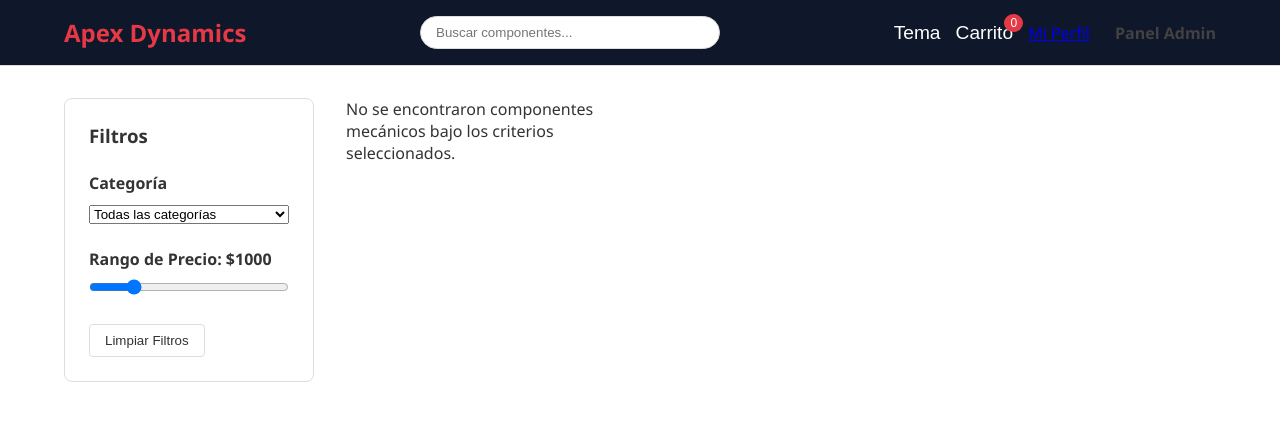
Repository: Niwrad774/Apex-Dynamics-Ecomerce
Page: html/cliente.html
The author's editor kept a copy of each file at every save. The page is drawn from the files as they stood at one save, then again after a run of saves.
The browser window is 1280 px wide. The pictures show the whole page.
The page's requests for data from a server got no answer.

Above is the page before, as saved 2026-06-11 10:24:56.

### html/cliente.html
<!DOCTYPE html>
<html lang="es">
<head>
    <meta charset="UTF-8">
    <meta name="viewport" content="width=device-width, initial-scale=1.0">
    <title>Catálogo | Apex Dynamics</title>
    <link rel="stylesheet" href="/assets/css/cliente.css">
</head>
<body>
    <header class="navbar">
        <div class="logo"><a href="index.html" style="color: inherit; text-decoration: none;">Apex Dynamics</a></div>
        <div class="search-bar">
            <input type="text" id="search-input" placeholder="Buscar componentes...">
        </div>
        <nav class="nav-actions">
            <button id="theme-toggle" class="btn-icon">Tema</button>
            <button id="cart-toggle" class="btn-icon"><span id="cart-count">0</span>Carrito</button>
            <a href="#perfil" class="profile-link">Mi Perfil</a>
            <a href="admin.html" class="admin-link" style="margin-left: 10px; color: #444141; font-weight: bold; text-decoration: none;">Panel Admin</a>
        </nav>
    </header>

    <main class="catalog-layout">
        <aside class="filters-sidebar">
            <h3>Filtros</h3>
            <div class="filter-group">
                <label for="category-select">Categoría</label>
                <select id="category-select">
                    <option value="all">Todas las categorías</option>
                    <option value="suspension">Suspensión y Dirección</option>
                    <option value="frenos">Frenos</option>
                    <option value="motor">Motor y Rendimiento</option>
                    <option value="telemetria">Electrónica y Telemetría</option>
                </select>
            </div>
            <div class="filter-group">
                <label for="price-range">Rango de Precio: $<span id="price-value">1000</span></label>
                <input type="range" id="price-range" min="0" max="5000" step="50" value="1000">
            </div>
            <button id="clear-filters" class="btn-secondary">Limpiar Filtros</button>
        </aside>

        <section class="products-container" id="products-grid">
            <article class="product-card" data-category="frenos" data-price="850">
                <div class="product-img">Frenos de Carbono</div>
                <div class="product-info">
                    <h4>Discos de Freno Carbon-Cerámicos</h4>
                    <p class="price">$850.00</p>
                    <div class="rating">⭐⭐⭐⭐⭐ (12)</div>
                    <button class="btn-primary add-to-cart" data-id="1">Agregar al Carrito</button>
                    <button class="btn-text view-details">Ver Detalles / Reseñas</button>
                </div>
            </article>
        </section>
    </main>

    <aside class="cart-panel" id="cart-panel">
        <div class="cart-header">
            <h2>Tu Paddock (Carrito)</h2>
            <button id="close-cart" class="btn-icon">✖</button>
        </div>
        <div class="cart-items" id="cart-items">
            </div>
        <div class="cart-summary">
            <div class="summary-row">
                <span>Subtotal:</span>
                <span id="cart-subtotal">$0.00</span>
            </div>
            <div class="summary-row total">
                <span>Total:</span>
                <span id="cart-total">$0.00</span>
            </div>
            <button id="btn-checkout" class="btn-primary btn-block">Proceder al Pago</button>
        </div>
    </aside>

    <div class="modal-overlay" id="checkout-modal">
        <div class="modal-content">
            <span class="close-modal" id="close-checkout">&times;</span>
            <h2>Completar Orden</h2>
            <form id="checkout-form">
                <div class="form-group">
                    <label>Nombre en la Tarjeta</label>
                    <input type="text" required placeholder="Piloto Principal">
                </div>
                <div class="form-group">
                    <label>Número de Tarjeta</label>
                    <input type="text" required pattern="\d{16}" placeholder="0000 0000 0000 0000">
                </div>
                <div class="form-row">
                    <div class="form-group">
                        <label>Vencimiento</label>
                        <input type="text" required placeholder="MM/YY">
                    </div>
                    <div class="form-group">
                        <label>CVV</label>
                        <input type="text" required pattern="\d{3,4}" placeholder="123">
                    </div>
                </div>
                <button type="submit" class="btn-primary btn-block">Confirmar Pago</button>
            </form>
        </div>
    </div>

    <div class="modal-overlay" id="product-modal">
        <div class="modal-content product-modal-content">
            <span class="close-modal" id="close-product">&times;</span>
            <div class="product-details-layout">
                <div class="product-details-info">
                    <h2 id="modal-product-title">Título del Producto</h2>
                    <p id="modal-product-desc">Descripción detallada del componente...</p>
                    <p class="price" id="modal-product-price">$0.00</p>
                </div>
                <div class="product-reviews-section">
                    <h3>Reseñas</h3>
                    <div id="reviews-list" class="reviews-list">
                        </div>
                    <form id="review-form" class="review-form">
                        <h4>Deja tu opinión</h4>
                        <div class="star-rating">
                            <label><input type="radio" name="rating" value="1"> 1⭐</label>
                            <label><input type="radio" name="rating" value="2"> 2⭐</label>
                            <label><input type="radio" name="rating" value="3"> 3⭐</label>
                            <label><input type="radio" name="rating" value="4"> 4⭐</label>
                            <label><input type="radio" name="rating" value="5" checked> 5⭐</label>
                        </div>
                        <textarea rows="3" placeholder="¿Qué tal funciona este componente en la pista?" required></textarea>
                        <button type="submit" class="btn-secondary">Enviar Reseña</button>
                    </form>
                </div>
            </div>
        </div>
    </div>
</body>

<script type="module" src="/js/controllers/CatalogoController.js"></script>

</html>

### assets/css/cliente.css
:root {
    --bg-color: #ffffff;
    --text-color: #333333;
    --primary-color: #e63946;
    --primary-hover: #d62828;
    --secondary-bg: #f8f9fa;
    --card-bg: #ffffff;
    --border-color: #dddddd;
    --font-main: 'Segoe UI', Tahoma, Geneva, Verdana, sans-serif;
    --overlay-bg: rgba(0, 0, 0, 0.6);
}

* { margin: 0; padding: 0; box-sizing: border-box; }

body {
    font-family: var(--font-main);
    background-color: var(--bg-color);
    color: var(--text-color);
    overflow-x: hidden;
}

.btn-primary {
    background-color: var(--primary-color);
    color: #fff;
    border: none;
    padding: 10px 15px;
    border-radius: 4px;
    cursor: pointer;
    font-weight: bold;
    transition: 0.3s;
}
.btn-primary:hover { background-color: var(--primary-hover); }

.btn-secondary {
    background-color: transparent;
    color: var(--text-color);
    border: 1px solid var(--border-color);
    padding: 8px 15px;
    border-radius: 4px;
    cursor: pointer;
    transition: 0.3s;
}
.btn-secondary:hover { background-color: var(--secondary-bg); }

.btn-icon {
    background: none;
    border: none;
    font-size: 1.2rem;
    cursor: pointer;
    color: inherit;
    position: relative;
}
.btn-block { width: 100%; }

.navbar {
    display: flex;
    justify-content: space-between;
    align-items: center;
    padding: 1rem 5%;
    background-color: #0f172a;
    border-bottom: 1px solid var(--border-color);
    position: sticky;
    top: 0;
    z-index: 100;
}
.navbar .logo { font-size: 1.5rem; font-weight: bold; color: var(--primary-color); }
.search-bar input {
    padding: 8px 15px;
    border-radius: 20px;
    border: 1px solid var(--border-color);
    width: 300px;
}
.nav-actions { display: flex; gap: 15px; align-items: center; }
.nav-actions button {color:white}
#cart-count {
    position: absolute;
    top: -8px; right: -10px;
    background: var(--primary-color);
    color: white;
    font-size: 0.75rem;
    padding: 2px 6px;
    border-radius: 50%;
}

/* --- Layout del Catálogo --- */
.catalog-layout {
    display: flex;
    gap: 2rem;
    padding: 2rem 5%;
    min-height: 80vh;
}

/* Sidebar Filtros */
.filters-sidebar {
    width: 250px;
    background: var(--card-bg);
    padding: 1.5rem;
    border-radius: 8px;
    border: 1px solid var(--border-color);
    height: fit-content;
}
.filters-sidebar h3 { margin-bottom: 1.5rem; }
.filter-group { margin-bottom: 1.5rem; }
.filter-group label { display: block; margin-bottom: 0.5rem; font-weight: bold; }
.filter-group select, .filter-group input[type="range"] { width: 100%; }

/* Grid Productos */
.products-container {
    flex: 1;
    display: grid;
    grid-template-columns: repeat(auto-fill, minmax(250px, 1fr));
    gap: 1.5rem;
}
.product-card {
    background: var(--card-bg);
    border: 1px solid var(--border-color);
    border-radius: 8px;
    overflow: hidden;
    display: flex;
    flex-direction: column;
}
.product-img {
    height: 180px;
    background: #e9ecef;
    display: flex;
    align-items: center;
    justify-content: center;
    color: #6c757d;
}
.product-info { padding: 1rem; display: flex; flex-direction: column; flex: 1; }
.product-info h4 { margin-bottom: 0.5rem; font-size: 1.1rem; }
.product-info .price { color: var(--primary-color); font-weight: bold; font-size: 1.2rem; margin-bottom: 0.5rem; }
.product-info .rating { margin-bottom: 1rem; font-size: 0.9rem; }
.product-info .add-to-cart { margin-top: auto; margin-bottom: 0.5rem; }
.product-info .btn-text { background: none; border: none; color: #0066cc; cursor: pointer; text-decoration: underline; }

/* --- Panel del Carrito --- */
.cart-panel {
    position: fixed;
    top: 0; right: -400px;
    width: 350px;
    height: 100vh;
    background: var(--card-bg);
    box-shadow: -2px 0 10px rgba(0,0,0,0.1);
    z-index: 1000;
    transition: right 0.3s ease;
    display: flex;
    flex-direction: column;
}
.cart-panel.open { right: 0; }
.cart-header {
    padding: 1.5rem;
    border-bottom: 1px solid var(--border-color);
    display: flex;
    justify-content: space-between;
    align-items: center;
}
.cart-items { flex: 1; overflow-y: auto; padding: 1.5rem; }
.cart-summary {
    padding: 1.5rem;
    border-top: 1px solid var(--border-color);
    background: var(--secondary-bg);
}
.summary-row { display: flex; justify-content: space-between; margin-bottom: 0.5rem; }
.summary-row.total { font-size: 1.2rem; font-weight: bold; margin-bottom: 1rem; }

/* --- Modales (Checkout y Producto) --- */
.modal-overlay {
    position: fixed;
    top: 0; left: 0; width: 100%; height: 100%;
    background: var(--overlay-bg);
    display: none;
    align-items: center;
    justify-content: center;
    z-index: 1100;
}
.modal-content {
    background: var(--bg-color);
    padding: 2rem;
    border-radius: 8px;
    width: 90%;
    max-width: 400px;
    position: relative;
}
.product-modal-content { max-width: 800px; }
.close-modal {
    position: absolute;
    top: 15px; right: 20px;
    font-size: 1.5rem;
    cursor: pointer;
}
.form-group { margin-bottom: 1rem; }
.form-group label { display: block; margin-bottom: 0.3rem; font-size: 0.9rem; }
.form-group input {
    width: 100%; padding: 10px;
    border: 1px solid var(--border-color); border-radius: 4px;
}
.form-row { display: flex; gap: 10px; }

/* Layout Detalle de Producto */
.product-details-layout {
    display: grid;
    grid-template-columns: 1fr 1fr;
    gap: 2rem;
    margin-top: 1rem;
}
.review-form {
    margin-top: 1.5rem;
    background: var(--secondary-bg);
    padding: 1rem;
    border-radius: 8px;
}
.star-rating { margin-bottom: 1rem; display: flex; gap: 10px; }
.review-form textarea {
    width: 100%; padding: 10px;
    border: 1px solid var(--border-color);
    border-radius: 4px; margin-bottom: 1rem; resize: vertical;
}

/* --- Responsive --- */
@media (max-width: 768px) {
    .catalog-layout { flex-direction: column; }
    .filters-sidebar { width: 100%; }
    .product-details-layout { grid-template-columns: 1fr; }
}

### js/repositories/ProductoRepository.js
export class ProductRepository {
    constructor() {
        this.apiURL = 'https://fakestoreapi.com/products';
    }

    async getAllProducts() {
        // CONEXIÓN LOCAL: Intentamos leer la base de datos local en el navegador
        let products = JSON.parse(localStorage.getItem('products'));

        // INTERCEPCIÓN / LOGICA DE CACHÉ: Si no hay datos locales, nos conectamos a la API externa
        if (!products || products.length === 0) {
            try {
                // CONEXIÓN DE RED: Consumo de datos crudos externos
                const response = await fetch(this.apiURL);
                const data = await response.json();

                // MAPEO DE DOMINIO: Transformamos los datos de la API al contexto automotriz
                products = data.map(item => ({
                    id: item.id,
                    title: this.translateToMotorsport(item.title, item.id),
                    description: item.description,
                    price: parseFloat((item.price * 10).toFixed(2)),
                    category: this.mapCategory(item.category),
                    rating: item.rating ? item.rating.rate : 5,
                    reviewsCount: item.rating ? item.rating.count : 0
                }));

                // CONEXIÓN DE PERSISTENCIA: Se guardan localmente para otorgar el control total al Admin
                // A partir de este commit en el storage, la app deja de depender de la API externa
                localStorage.setItem('products', JSON.stringify(products));
            } catch (error) {
                console.error("Error en la conexión con la API, usando fallback local:", error);
                products = this.getFallbackProducts();
                localStorage.setItem('products', JSON.stringify(products));
            }
        }
        return products; // Retorna los datos unificados al Servicio o Controlador
    }

    getReviewsByProductId(productId) {
        // CONEXIÓN LOCAL: Recupera el mapa de reseñas persistidas por ID de producto
        const allReviews = JSON.parse(localStorage.getItem('product_reviews')) || {};
        return allReviews[productId] || this.getDefaultReviews();
    }

    saveReview(productId, reviewDto) {
        // CONEXIÓN LOCAL: Modifica el estado del LocalStorage inyectando una nueva reseña
        const allReviews = JSON.parse(localStorage.getItem('product_reviews')) || {};
        if (!allReviews[productId]) allReviews[productId] = this.getDefaultReviews();

        allReviews[productId].push(reviewDto);
        localStorage.setItem('product_reviews', JSON.stringify(allReviews));
    }

    mapCategory(apiCategory) {
        if (apiCategory.includes("electronics")) return "telemetria";
        if (apiCategory.includes("jewelery")) return "suspension";
        if (apiCategory.includes("men's clothing")) return "motor";
        return "frenos";
    }

    translateToMotorsport(title, id) {
        const names = [
            "Kit de Suspensión Coilovers Pro", "Discos de Freno Cerámicos",
            "Módulo de Telemetría GPS v2", "Turbocompresor de Geometría Variable",
            "Inyectores de Alta Presión", "Volante de Alcantara Competición",
            "Pastillas de Freno Compuesto Blando", "Sensor de Presión de Neumáticos TPMS"
        ];
        return names[id % names.length] || `Componente Racing HP-${id}`;
    }

    getDefaultReviews() {
        return [
            { rating: 5, comment: "Excelente respuesta en pista, altamente recomendado.", date: "2026-05-10" },
            { rating: 4, comment: "Buen material, requiere ajuste profesional.", date: "2026-06-01" }
        ];
    }

    getFallbackProducts() {
        return [{ id: 101, title: "Kit de Suspensión Ajustable", description: "Ideal para circuitos", price: 1200.00, category: "suspension", rating: 4.8, reviewsCount: 14 }];
    }
}

### js/services/CartService.js
export class CartService {
    constructor() {
        // CONEXIÓN DE ESTADO LOCAL: Inicializa el estado en memoria recuperando el carrito del LocalStorage
        this.cart = JSON.parse(localStorage.getItem('cart')) || [];
    }

    getCartItems() {
        return this.cart;
    }

    addToCart(product) {
        const existingItem = this.cart.find(item => item.id === product.id);
        if (existingItem) {
            existingItem.quantity += 1; // PUNTO DE CONEXIÓN: Operación de clonar/incrementar cantidad
        } else {
            this.cart.push({ ...product, quantity: 1 });
        }
        this.syncStorage();
    }

    incrementQuantity(productId) {
        const item = this.cart.find(item => item.id === productId);
        if (item) {
            item.quantity += 1;
            this.syncStorage();
        }
    }

    decrementQuantity(productId) {
        const item = this.cart.find(item => item.id === productId);
        if (item) {
            item.quantity -= 1;
            if (item.quantity <= 0) {
                this.removeFromCart(productId);
                return;
            }
            this.syncStorage();
        }
    }

    removeFromCart(productId) {
        this.cart = this.cart.filter(item => item.id !== productId);
        this.syncStorage();
    }

    clearCart() {
        this.cart = [];
        this.syncStorage();
    }

    // CALCULO MATEMÁTICO: Centraliza el cómputo automático de subtotales y totales requeridos
    getCalculatedTotals() {
        const subtotal = this.cart.reduce((acc, item) => acc + (item.price * item.quantity), 0);
        return {
            subtotal: subtotal.toFixed(2),
            total: subtotal.toFixed(2), // Modificar aquí si se requiere aplicar impuestos o descuentos
            count: this.cart.reduce((acc, item) => acc + item.quantity, 0)
        };
    }

    // CONEXIÓN DE PERSISTENCIA: Sincroniza el estado en memoria con el almacenamiento del navegador
    syncStorage() {
        localStorage.setItem('cart', JSON.stringify(this.cart));
    }
}

### js/views/CatalogoView.js
export class CatalogView {
    // CONEXIÓN CON EL DOM: Al instanciar la vista, le pasamos los elementos HTML que va a controlar
    constructor(domElements) {
        this.DOM = domElements;
    }

    // PUNTO DE CONEXIÓN (Datos -> Interfaz): Recibe el array filtrado y lo dibuja en la cuadrícula
    renderCatalog(products) {
        this.DOM.productsGrid.innerHTML = "";

        if (products.length === 0) {
            this.DOM.productsGrid.innerHTML = `<p class="no-results">No se encontraron componentes mecánicos bajo los criterios seleccionados.</p>`;
            return;
        }

        products.forEach(product => {
            const card = document.createElement("article");
            card.className = "product-card";
            // CONEXIÓN DE IDENTIFICADORES: Usamos `data-id` para mapear el elemento del DOM con el ID del objeto en la BD
            card.innerHTML = `
                <div class="product-img">${product.title.substring(0, 15)}...</div>
                <div class="product-info">
                    <h4>${product.title}</h4>
                    <p class="price">$${product.price.toLocaleString('en-US', {minimumFractionDigits: 2})}</p>
                    <div class="rating">⭐ ${product.rating} (${product.reviewsCount} refs)</div>
                    <button class="btn-primary add-to-cart" data-id="${product.id}">Agregar al Carrito</button>
                    <button class="btn-text view-details" data-id="${product.id}">Ver Detalles / Reseñas</button>
                </div>
            `;
            this.DOM.productsGrid.appendChild(card);
        });
    }

    // PUNTO DE CONEXIÓN (Carrito -> Interfaz): Dibuja los componentes dentro del Paddock lateral
    renderCart(items, totals) {
        this.DOM.cartCount.textContent = totals.count;
        this.DOM.cartSubtotal.textContent = `$${totals.subtotal}`;
        this.DOM.cartTotal.textContent = `$${totals.total}`;

        this.DOM.cartItemsContainer.innerHTML = "";

        if (items.length === 0) {
            this.DOM.cartItemsContainer.innerHTML = `<p style="text-align:center; color:#6c757d; margin-top:2rem;">El carrito está vacío.</p>`;
            return;
        }

        items.forEach(item => {
            const itemElement = document.createElement("div");
            itemElement.style.cssText = "display:flex; justify-content:space-between; align-items:center; margin-bottom:1rem; border-bottom:1px solid var(--border-color); padding-bottom:0.5rem;";
            // CONEXIÓN DE EVENTOS DELEGADOS: Los botones internos llevan el `data-id` para ser interceptados en el controlador
            itemElement.innerHTML = `
                <div>
                    <h5 style="font-size:0.95rem; font-weight:bold;">${item.title}</h5>
                    <p style="color:var(--primary-color); font-size:0.9rem;">$${item.price} x ${item.quantity}</p>
                </div>
                <div style="display:flex; gap:5px; align-items:center;">
                    <button class="btn-qty minus" data-id="${item.id}">-</button>
                    <span>${item.quantity}</span>
                    <button class="btn-qty plus" data-id="${item.id}">+</button>
                    <button class="btn-remove" data-id="${item.id}">🗑️</button>
                </div>
            `;
            this.DOM.cartItemsContainer.appendChild(itemElement);
        });
    }

    renderReviews(reviews) {
        this.DOM.reviewsList.innerHTML = "";
        reviews.forEach(rev => {
            const revEl = document.createElement("div");
            revEl.style.cssText = "margin-bottom: 1rem; border-bottom: 1px dashed #ccc; padding-bottom: 0.5rem;";
            revEl.innerHTML = `
                <p style="font-weight:bold; color:orange;">${"⭐".repeat(rev.rating)}</p>
                <p style="font-style:italic;">"${rev.comment}"</p>
                <small style="color:#777;">Fecha: ${rev.date}</small>
            `;
            this.DOM.reviewsList.appendChild(revEl);
        });
    }
}

Loaded but not shown: js/controllers/CatalogoController.js (185 lines, source omitted)

After the next 2 saves:
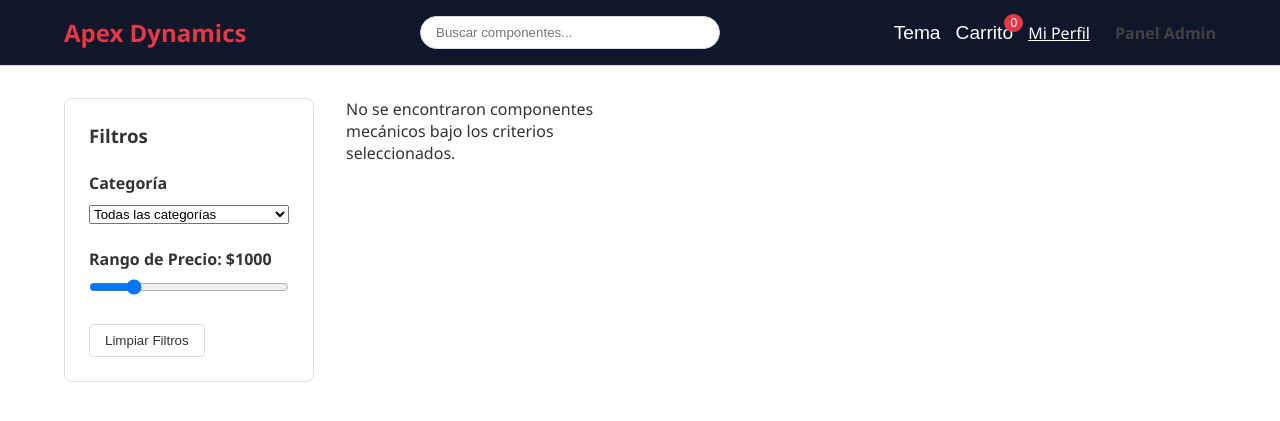
The 2 saves are shown as one change because they came seconds apart.
The last was saved 18 s later.
--- a/assets/css/cliente.css
+++ b/assets/css/cliente.css
@@ -72,6 +72,7 @@
 }
 .nav-actions { display: flex; gap: 15px; align-items: center; }
 .nav-actions button {color:white}
+.nav-actions a {color:white}
 #cart-count {
     position: absolute;
     top: -8px; right: -10px;

After the save that followed:
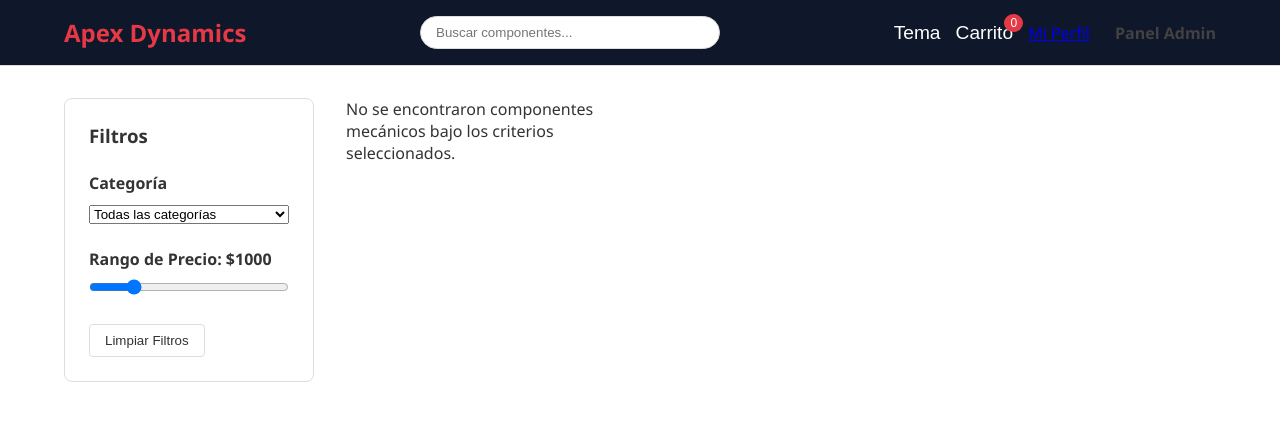
Saved 23 s later.
--- a/assets/css/cliente.css
+++ b/assets/css/cliente.css
@@ -72,7 +72,7 @@
 }
 .nav-actions { display: flex; gap: 15px; align-items: center; }
 .nav-actions button {color:white}
-.nav-actions a {color:white}
+.nav-actions:: a {color:white}
 #cart-count {
     position: absolute;
     top: -8px; right: -10px;
